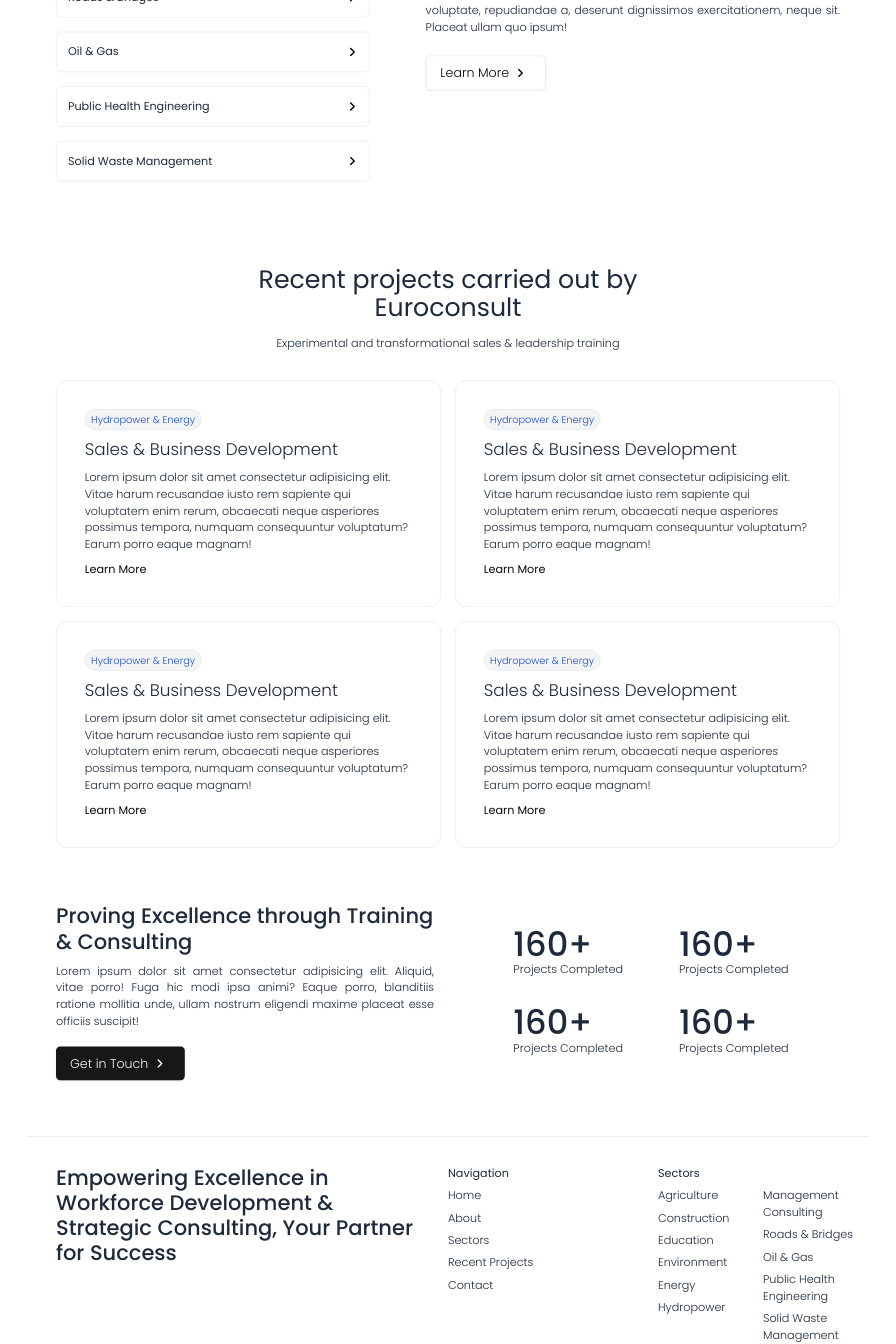
Repository: EMDC-24/ecglobalwebsite19
Page: /
These files come from the project's save history. The page is drawn as it stood at one moment and after a run of saves; the edit follows.
The browser window is 1280 px wide. The pictures show the part of the page from y = 2673 to 4593 px (the page is 4593 px tall before and 4521 px after), at 70% of full size.
The project was rebuilt for these pictures with package versions that can differ from the ones it lists, and the page was loaded fresh each time. The framework's server and built-in components were replaced by stand-ins that run in the browser. Also part of the build but not shown: next.config.mjs.

Above is the page before, as saved 2024-09-17 21:29:09.

### app/page.tsx
import Image from "next/image";
import Hero from "./Hero";
import ClientCarousel from "./ClientCarousel";
import { ServicesTabs } from "./ServicesTabs";
import SerTabs from "./SerTabs";
import AboutSection from "./AboutSection";
import RecentProjects from "./RecentProjects";
import PraiseSection from "./PraiseSection";
import Footer from "./Footer";


export default function Home() {
  return (
    <>
    <Hero />
    <ClientCarousel />
    <AboutSection />
    <SerTabs />
    <RecentProjects />
    <PraiseSection />
    <Footer />
    </>
  );
}

### app/globals.css
@tailwind base;
@tailwind components;
@tailwind utilities;

@layer base {
  :root {
    --background: 0 0% 100%;
    --foreground: 0 0% 3.9%;
    --card: 0 0% 100%;
    --card-foreground: 0 0% 3.9%;
    --popover: 0 0% 100%;
    --popover-foreground: 0 0% 3.9%;
    --primary: 0 0% 9%;
    --primary-foreground: 0 0% 98%;
    --secondary: 0 0% 96.1%;
    --secondary-foreground: 0 0% 9%;
    --muted: 0 0% 96.1%;
    --muted-foreground: 0 0% 45.1%;
    --accent: 0 0% 96.1%;
    --accent-foreground: 0 0% 9%;
    --destructive: 0 84.2% 60.2%;
    --destructive-foreground: 0 0% 98%;
    --border: 0 0% 89.8%;
    --input: 0 0% 89.8%;
    --ring: 0 0% 3.9%;
    --chart-1: 12 76% 61%;
    --chart-2: 173 58% 39%;
    --chart-3: 197 37% 24%;
    --chart-4: 43 74% 66%;
    --chart-5: 27 87% 67%;
    --radius: 0.5rem;
  }
  .dark {
    --background: 0 0% 3.9%;
    --foreground: 0 0% 98%;
    --card: 0 0% 3.9%;
    --card-foreground: 0 0% 98%;
    --popover: 0 0% 3.9%;
    --popover-foreground: 0 0% 98%;
    --primary: 0 0% 98%;
    --primary-foreground: 0 0% 9%;
    --secondary: 0 0% 14.9%;
    --secondary-foreground: 0 0% 98%;
    --muted: 0 0% 14.9%;
    --muted-foreground: 0 0% 63.9%;
    --accent: 0 0% 14.9%;
    --accent-foreground: 0 0% 98%;
    --destructive: 0 62.8% 30.6%;
    --destructive-foreground: 0 0% 98%;
    --border: 0 0% 14.9%;
    --input: 0 0% 14.9%;
    --ring: 0 0% 83.1%;
    --chart-1: 220 70% 50%;
    --chart-2: 160 60% 45%;
    --chart-3: 30 80% 55%;
    --chart-4: 280 65% 60%;
    --chart-5: 340 75% 55%;
  }
}

@font-face {
  font-family: 'Poppins';
  src: url('/fonts/Poppins-Black.ttf') format('truetype');
  font-weight: 900;
  font-style: normal;
}

@font-face {
  font-family: 'Poppins';
  src: url('/fonts/Poppins-BlackItalic.ttf') format('truetype');
  font-weight: 900;
  font-style: italic;
}

@font-face {
  font-family: 'Poppins';
  src: url('/fonts/Poppins-Bold.ttf') format('truetype');
  font-weight: 700;
  font-style: normal;
}

@font-face {
  font-family: 'Poppins';
  src: url('/fonts/Poppins-BoldItalic.ttf') format('truetype');
  font-weight: 700;
  font-style: italic;
}

@font-face {
  font-family: 'Poppins';
  src: url('/fonts/Poppins-Regular.ttf') format('truetype');
  font-weight: 400;
  font-style: normal;
}

@font-face {
  font-family: 'Poppins';
  src: url('/fonts/Poppins-Italic.ttf') format('truetype');
  font-weight: 400;
  font-style: italic;
}

@font-face {
  font-family: 'Poppins';
  src: url('/fonts/Poppins-Light.ttf') format('truetype');
  font-weight: 300;
  font-style: normal;
}

@font-face {
  font-family: 'Poppins';
  src: url('/fonts/Poppins-LightItalic.ttf') format('truetype');
  font-weight: 300;
  font-style: italic;
}

@font-face {
  font-family: 'Poppins';
  src: url('/fonts/Poppins-Medium.ttf') format('truetype');
  font-weight: 500;
  font-style: normal;
}

@font-face {
  font-family: 'Poppins';
  src: url('/fonts/Poppins-MediumItalic.ttf') format('truetype');
  font-weight: 500;
  font-style: italic;
}

@layer base {
  * {
    @apply border-border;
  }

  body {
    @apply bg-background text-foreground;
    font-family: 'Poppins', sans-serif !important;
  }
}
.no-visible-scrollbar {
  scrollbar-width: none;
  -ms-overflow-style: none;
  -webkit-overflow-scrolling: touch;
}

.no-visible-scrollbar::-webkit-scrollbar {
  display: none;
}

### app/Hero.tsx
import { Button } from '@/components/ui/button'
import React from 'react'
import { FaAngleRight } from "react-icons/fa6";

const Hero = () => {
  return (
    <div>
        <div className="bg-white px-10 flex flex-row my-10">
        <div className="md:w-1/2 flex flex-col items-start justify-normal py-10">
        <div className="bg-gray-100 border-[1px] border-gray-200 rounded-full px-2 py-1 text-sm text-gray-800">Engineering Consultancy</div>
        <h1 className="text-5xl text-gray-800 mt-3 font-light ">Empowering Excellence through Engineering & Consulting</h1>
        <p className="text-lg text-gray-700 mt-10 leading-snug tracking-tight text-justify mr-10 font-light">Euroconsult Pakistan is a global, state-of-the-art service provider organization actively engaged in water resources and energy, agriculture, infrastructure, environment, oil and gas, mass transit, light rail, motorways, highways, institutional capacity building, financial management, rural and urban development, and management. </p>
        <div className="mt-10 flex flex-row gap-3">
        <a href="#" >
        <Button className="px-5 py-6 text-lg font-light  hover:bg-blue-600">Get Started  <FaAngleRight className="mr-2 ml-2 h-4 w-4" /></Button>
        </a>
        <a href="#" >
        <Button variant="outline" className="px-5 py-6 text-lg font-light  hover:bg-gray-200">Contact Us<FaAngleRight className="mr-2 ml-2 h-4 w-4" /></Button>
        </a>
        </div>
        </div>
        <div className="md:w-1/2 flex flex-col gap-3">
        <div className="w-full h-[60%] rounded-2xl bg-cover bg-center" style={{ backgroundImage: `url('/assets/heroimage.jpg')` }}> </div>
        <div className="w-full h-[40%] rounded-2xl bg-cover bg-center" style={{ backgroundImage: `url('/assets/hero2.jpg')` }}> </div>
        </div>
        </div>
    </div>
  )
}

export default Hero

### app/ClientCarousel.tsx
import React from 'react';
import Marquee from 'react-fast-marquee';
import Image from 'next/image';

const ClientCarousel = () => {
  const logoSize = { height: 40 };
  const logoStyle = { margin: '0 25px' };

  const logos = [
    <Image src="/assets/adblogo.png" alt="" width={100} key="br" {...logoSize} />,
    <Image src="/assets/uniceflogo.png" alt="" width={100} key="br" {...logoSize} />,
    <Image src="/assets/ciscologo.png" alt="" width={100} key="br" {...logoSize} />,
    <Image src="/assets/kfwlogo.png" alt="" width={100} key="br" {...logoSize} />,
    <Image src="/assets/citilogo.png" alt="" width={100} key="br" {...logoSize} />,
    <Image src="/assets/usaidlogo.png" alt="" width={100} key="br" {...logoSize} />,
    <Image src="/assets/undplogo.png" alt="" width={100} key="br" {...logoSize} />,
    <Image src="/assets/unlogo.png" alt="" width={100} key="br" {...logoSize} />,
    <Image src="/assets/gtzlogo.png" alt="" width={100} key="br" {...logoSize} />,
    <Image src="/assets/dfidlogo.png" alt="" width={100} key="br" {...logoSize} />,
    <Image src="/assets/wblogo.png" alt="" width={100} key="br" {...logoSize} />,
  ];

  return (
    <div className="py-20 my-10">

      <div className="relative z-10">
        {/* Left gradient */}
      <div className="absolute left-0 top-0 bottom-0 w-1/4 bg-gradient-to-r from-white to-transparent via-transparent z-20 pointer-events-none"
           style={{ backgroundImage: 'linear-gradient(to right, white 30%, transparent 70%)' }}>
      </div>

      {/* Right gradient */}
      <div className="absolute right-0 top-0 bottom-0 w-1/4 bg-gradient-to-l from-white to-transparent via-transparent z-20 pointer-events-none"
           style={{ backgroundImage: 'linear-gradient(to left, white 30%, transparent 70%)' }}>
      </div>
    <div className="overflow-hidden ">
      <Marquee gradient={false} pauseOnHover={false} speed={50}>
        {logos.map((logo, index) => (
          <div key={index} style={logoStyle}>
            {logo}
          </div>
        ))}
        {logos.map((logo, index) => (
          <div key={`repeat-${index}`} style={logoStyle}>
            {logo}
          </div>
        ))}
        {logos.map((logo, index) => (
          <div key={`repeat2-${index}`} style={logoStyle}>
            {logo}
          </div>
        ))}
      </Marquee>
    </div>
    </div>

    </div>
  );
};

export default ClientCarousel;

### app/AboutSection.tsx
import { Button } from '@/components/ui/button'
import React from 'react'
import { FaAngleRight } from "react-icons/fa6";
const AboutSection = () => {
  return (
    <div className="px-10 flex flex-col items-center justify-center">
        <div className="my-10 gap-5 flex flex-col">
            <h3 className="text-[40px] tracking-tight leading-snug font-medium text-slate-800 px-72 text-center">Comprehensive Training & Consulting Solutions Tailored to Your Needs</h3>
            <p className="px-64 text-center font-light text-slate-800">With focus on individual attention, we are committed to delivering customized strategies, empowering your workforce, and guiding your business to sustainable growth & excellence</p>
        </div>
        <div className="flex flex-row gap-10 px-24 mt-10">
            <div className="w-1/2 flex gap-5 flex-col px-12">
                <h3 className="text-3xl">Our Approach to Leadership Development</h3>
                <p className="tracking-tight font-light text-justify"> Lorem ipsum dolor sit amet consectetur adipisicing elit. Explicabo nisi dolorem voluptas velit obcaecati laborum placeat aliquid ipsum voluptate, repudiandae a, deserunt dignissimos exercitationem, neque sit. Placeat ullam quo ipsum!</p>
                <p className="tracking-tight font-light text-justify"> Lorem ipsum dolor sit amet consectetur adipisicing elit. Explicabo nisi dolorem voluptas velit obcaecati laborum placeat aliquid ipsum voluptate, repudiandae a, deserunt dignissimos exercitationem, neque sit. Placeat ullam quo ipsum!</p>
                <a href="#" >
            <Button variant="outline" className="px-5 py-6 text-lg font-light  hover:bg-gray-200">Contact Us<FaAngleRight className="mr-2 ml-2 h-4 w-4" /></Button>
            </a>
            </div>
            <div className="w-1/2 flex gap-5 flex-col px-12">
                <h3 className="text-3xl">Leadership Development Expands a leader's impact</h3>
                <p className="tracking-tight font-light text-justify"> Lorem ipsum dolor sit amet consectetur adipisicing elit. Explicabo nisi dolorem voluptas velit obcaecati laborum placeat aliquid ipsum voluptate, repudiandae a, deserunt dignissimos exercitationem, neque sit. Placeat ullam quo ipsum!</p>
                <p className="tracking-tight font-light text-justify"> Lorem ipsum dolor sit amet consectetur adipisicing elit. Explicabo nisi dolorem voluptas velit obcaecati laborum placeat aliquid ipsum voluptate, repudiandae a, deserunt dignissimos exercitationem, neque sit. Placeat ullam quo ipsum!</p>
            </div>
        </div>
    </div>
  )
}

export default AboutSection

### app/PraiseSection.tsx

import { Button } from '@/components/ui/button'
import React from 'react'
import { FaAngleRight } from "react-icons/fa6";

const PraiseSection = () => {
  return (
    <div className="mx-20 flex flex-row gap-10 my-20 items-center justify-center">
    <div className="w-1/2 flex flex-col gap-3">
        <h3 className="text-3xl font-medium text-slate-800">Proving Excellence through Training & Consulting</h3>
        <p className="font-light text-slate-800 text-justify">Lorem ipsum dolor sit amet consectetur adipisicing elit. Aliquid, vitae porro! Fuga hic modi ipsa animi? Eaque porro, blanditiis ratione mollitia unde, ullam nostrum eligendi maxime placeat esse officiis suscipit!</p>
        <div className="w-auto mt-3"><Button className="px-5 py-6 text-lg font-light  hover:bg-blue-600">Get in Touch  <FaAngleRight className="mr-2 ml-2 h-4 w-4" /></Button></div>
    </div>
    <div className="w-1/2 flex flex-col gap-10 ">
    <div className="flex flex-row gap-20 items-start justify-center">
        <div>
        <h3 className="text-5xl font-medium text-slate-800">160+</h3>
        <p className="font-light text-slate-800">Projects Completed</p>
        </div>
        <div>
        <h3 className="text-5xl font-medium text-slate-800">160+</h3>
        <p className="font-light text-slate-800">Projects Completed</p>
        </div>
    </div>
    <div className="flex flex-row gap-20 items-start justify-center">
        <div>
        <h3 className="text-5xl font-medium text-slate-800">160+</h3>
        <p className="font-light text-slate-800">Projects Completed</p>
        </div>
        <div>
        <h3 className="text-5xl font-medium text-slate-800">160+</h3>
        <p className="font-light text-slate-800">Projects Completed</p>
        </div>
    </div>

    </div>
    </div>
  )
}

export default PraiseSection

### app/Footer.tsx
import { Separator } from '@/components/ui/separator'
import React from 'react'

const Footer = () => {
  return (
    <div className="mx-10 flex flex-col gap-10">
        <Separator />
        <div className="flex flex-col md:flex-row ">
            <div className="w-1/2">
                <h5 className="text-3xl font-medium text-slate-800 mx-10">Empowering Excellence in Workforce Development & Strategic Consulting, Your Partner for Success</h5>
            </div>
            <div className="w-1/2 flex flex-row gap-0">
                <div className="w-1/2 flex flex-col gap-2">
                <p className="text-slate-800 ">Navigation</p>
                <a href="/" className="text-slate-800 font-light">Home</a>
                <a href="/" className="text-slate-800 font-light">About</a>
                <a href="/" className="text-slate-800 font-light">Sectors</a>
                <a href="/" className="text-slate-800 font-light">Recent Projects</a>
                <a href="/" className="text-slate-800 font-light">Contact</a>
                </div>
                <div className="w-1/2 flex flex-row gap-0">
                <div className="w-1/2 flex flex-col gap-2">
                <p className="text-slate-800 ">Sectors</p>
                <a href="/" className="text-slate-800 font-light">Agriculture</a>
                <a href="/" className="text-slate-800 font-light">Construction</a>
                <a href="/" className="text-slate-800 font-light">Education</a>
                <a href="/" className="text-slate-800 font-light">Environment</a>
                <a href="/" className="text-slate-800 font-light">Energy</a>
                <a href="/" className="text-slate-800 font-light">Hydropower</a>
                </div>
                <div className="w-1/2 flex flex-col gap-2">
                <p className="text-slate-800 "> <br></br></p>
                <a href="/" className="text-slate-800 font-light">Management Consulting</a>
                <a href="/" className="text-slate-800 font-light">Roads & Bridges</a>
                <a href="/" className="text-slate-800 font-light">Oil & Gas</a>
                <a href="/" className="text-slate-800 font-light">Public Health Engineering</a>
                <a href="/" className="text-slate-800 font-light">Solid Waste Management</a>
                </div>
                </div>
            </div>

        </div>
    </div>
  )
}

export default Footer

### components/ui/button.tsx
import * as React from "react"
import { Slot } from "@radix-ui/react-slot"
import { cva, type VariantProps } from "class-variance-authority"

import { cn } from "@/lib/utils"

const buttonVariants = cva(
  "inline-flex items-center justify-center whitespace-nowrap rounded-md text-sm font-medium transition-colors focus-visible:outline-none focus-visible:ring-1 focus-visible:ring-ring disabled:pointer-events-none disabled:opacity-50",
  {
    variants: {
      variant: {
        default:
          "bg-primary text-primary-foreground shadow hover:bg-primary/90",
        destructive:
          "bg-destructive text-destructive-foreground shadow-sm hover:bg-destructive/90",
        outline:
          "border border-input bg-background shadow-sm hover:bg-accent hover:text-accent-foreground",
        secondary:
          "bg-secondary text-secondary-foreground shadow-sm hover:bg-secondary/80",
        ghost: "hover:bg-accent hover:text-accent-foreground",
        link: "text-primary underline-offset-4 hover:underline",
      },
      size: {
        default: "h-9 px-4 py-2",
        sm: "h-8 rounded-md px-3 text-xs",
        lg: "h-10 rounded-md px-8",
        icon: "h-9 w-9",
      },
    },
    defaultVariants: {
      variant: "default",
      size: "default",
    },
  }
)

export interface ButtonProps
  extends React.ButtonHTMLAttributes<HTMLButtonElement>,
    VariantProps<typeof buttonVariants> {
  asChild?: boolean
}

const Button = React.forwardRef<HTMLButtonElement, ButtonProps>(
  ({ className, variant, size, asChild = false, ...props }, ref) => {
    const Comp = asChild ? Slot : "button"
    return (
      <Comp
        className={cn(buttonVariants({ variant, size, className }))}
        ref={ref}
        {...props}
      />
    )
  }
)
Button.displayName = "Button"

export { Button, buttonVariants }

### components/ui/separator.tsx
"use client"

import * as React from "react"
import * as SeparatorPrimitive from "@radix-ui/react-separator"

import { cn } from "@/lib/utils"

const Separator = React.forwardRef<
  React.ElementRef<typeof SeparatorPrimitive.Root>,
  React.ComponentPropsWithoutRef<typeof SeparatorPrimitive.Root>
>(
  (
    { className, orientation = "horizontal", decorative = true, ...props },
    ref
  ) => (
    <SeparatorPrimitive.Root
      ref={ref}
      decorative={decorative}
      orientation={orientation}
      className={cn(
        "shrink-0 bg-border",
        orientation === "horizontal" ? "h-[1px] w-full" : "h-full w-[1px]",
        className
      )}
      {...props}
    />
  )
)
Separator.displayName = SeparatorPrimitive.Root.displayName

export { Separator }

### tailwind.config.ts
import type { Config } from "tailwindcss";

const config: Config = {
  darkMode: ["class"],
  content: [
    "./pages/**/*.{js,ts,jsx,tsx,mdx}",
    "./components/**/*.{js,ts,jsx,tsx,mdx}",
    "./app/**/*.{js,ts,jsx,tsx,mdx}",
  ],
  theme: {
    extend: {
      fontFamily: {
        sans: ['Poppins', 'sans-serif'], // Set Poppins as default sans font
      },
      backgroundImage: {
        'gradient-radial': 'radial-gradient(var(--tw-gradient-stops))',
        'gradient-conic': 'conic-gradient(from 180deg at 50% 50%, var(--tw-gradient-stops))',
      },
      borderRadius: {
        lg: 'var(--radius)',
        md: 'calc(var(--radius) - 2px)',
        sm: 'calc(var(--radius) - 4px)',
      },
      colors: {
        background: 'hsl(var(--background))',
        foreground: 'hsl(var(--foreground))',
        card: {
          DEFAULT: 'hsl(var(--card))',
          foreground: 'hsl(var(--card-foreground))',
        },
        popover: {
          DEFAULT: 'hsl(var(--popover))',
          foreground: 'hsl(var(--popover-foreground))',
        },
        primary: {
          DEFAULT: 'hsl(var(--primary))',
          foreground: 'hsl(var(--primary-foreground))',
        },
        secondary: {
          DEFAULT: 'hsl(var(--secondary))',
          foreground: 'hsl(var(--secondary-foreground))',
        },
        muted: {
          DEFAULT: 'hsl(var(--muted))',
          foreground: 'hsl(var(--muted-foreground))',
        },
        accent: {
          DEFAULT: 'hsl(var(--accent))',
          foreground: 'hsl(var(--accent-foreground))',
        },
        destructive: {
          DEFAULT: 'hsl(var(--destructive))',
          foreground: 'hsl(var(--destructive-foreground))',
        },
        border: 'hsl(var(--border))',
        input: 'hsl(var(--input))',
        ring: 'hsl(var(--ring))',
        chart: {
          '1': 'hsl(var(--chart-1))',
          '2': 'hsl(var(--chart-2))',
          '3': 'hsl(var(--chart-3))',
          '4': 'hsl(var(--chart-4))',
          '5': 'hsl(var(--chart-5))',
        },
      },
    },
  },
  plugins: [require("tailwindcss-animate")],
};

export default config;

Loaded but not shown: app/layout.tsx (common file); lib/utils.ts (common file); app/SerTabs.tsx (180 lines, source omitted); app/RecentProjects.tsx (43 lines, source omitted)

After the next 2 saves:
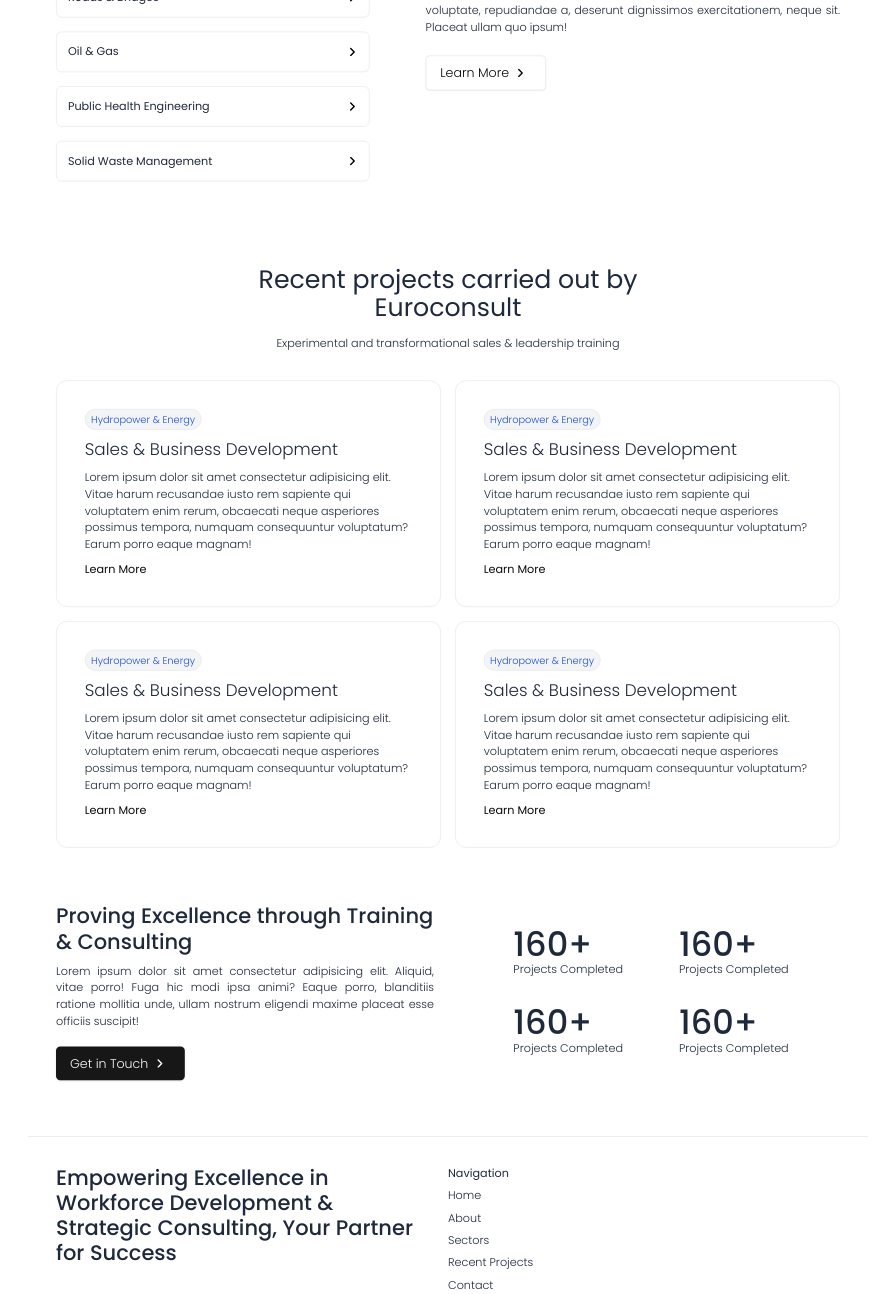
The 2 saves are shown as one change because 1 did not build or start.
The last was saved 24 s later.
--- a/app/Footer.tsx
+++ b/app/Footer.tsx
@@ -18,25 +18,7 @@
                 <a href="/" className="text-slate-800 font-light">Recent Projects</a>
                 <a href="/" className="text-slate-800 font-light">Contact</a>
                 </div>
-                <div className="w-1/2 flex flex-row gap-0">
-                <div className="w-1/2 flex flex-col gap-2">
-                <p className="text-slate-800 ">Sectors</p>
-                <a href="/" className="text-slate-800 font-light">Agriculture</a>
-                <a href="/" className="text-slate-800 font-light">Construction</a>
-                <a href="/" className="text-slate-800 font-light">Education</a>
-                <a href="/" className="text-slate-800 font-light">Environment</a>
-                <a href="/" className="text-slate-800 font-light">Energy</a>
-                <a href="/" className="text-slate-800 font-light">Hydropower</a>
-                </div>
-                <div className="w-1/2 flex flex-col gap-2">
-                <p className="text-slate-800 "> <br></br></p>
-                <a href="/" className="text-slate-800 font-light">Management Consulting</a>
-                <a href="/" className="text-slate-800 font-light">Roads & Bridges</a>
-                <a href="/" className="text-slate-800 font-light">Oil & Gas</a>
-                <a href="/" className="text-slate-800 font-light">Public Health Engineering</a>
-                <a href="/" className="text-slate-800 font-light">Solid Waste Management</a>
-                </div>
-                </div>
+
             </div>
 
         </div>
